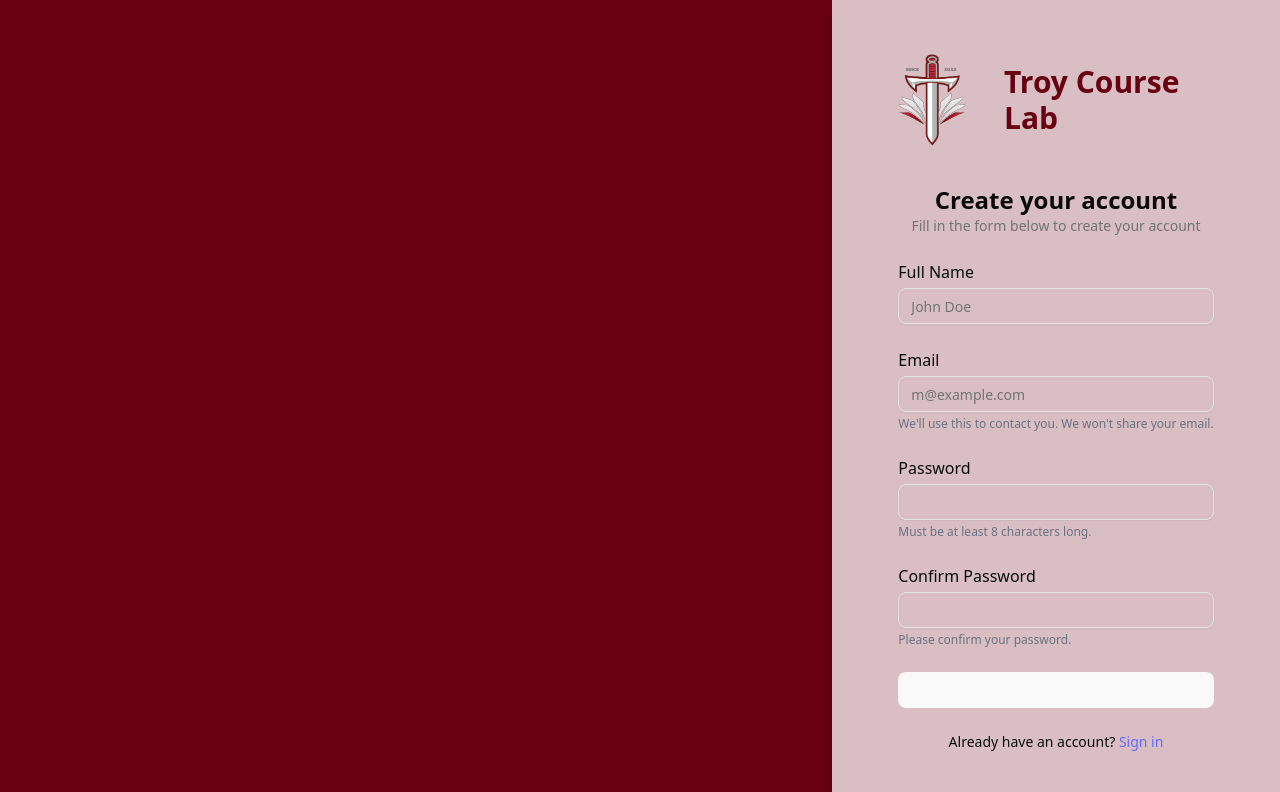
Repository: toilatrung/auth-ui-kit
Page: /register
An editor plug-in stored every save of this project. The page is shown before and after the next save, followed by the edit.
The browser window is 1280 px wide. The pictures show the whole page.
The project was rebuilt for these pictures with package versions that can differ from the ones it lists, and the page was loaded fresh each time. Also part of the build but not shown: vite.config.ts, src/pages/LoginPage.tsx.

Above is the page before, as saved 2025-11-01 17:45:47.

After the next save:
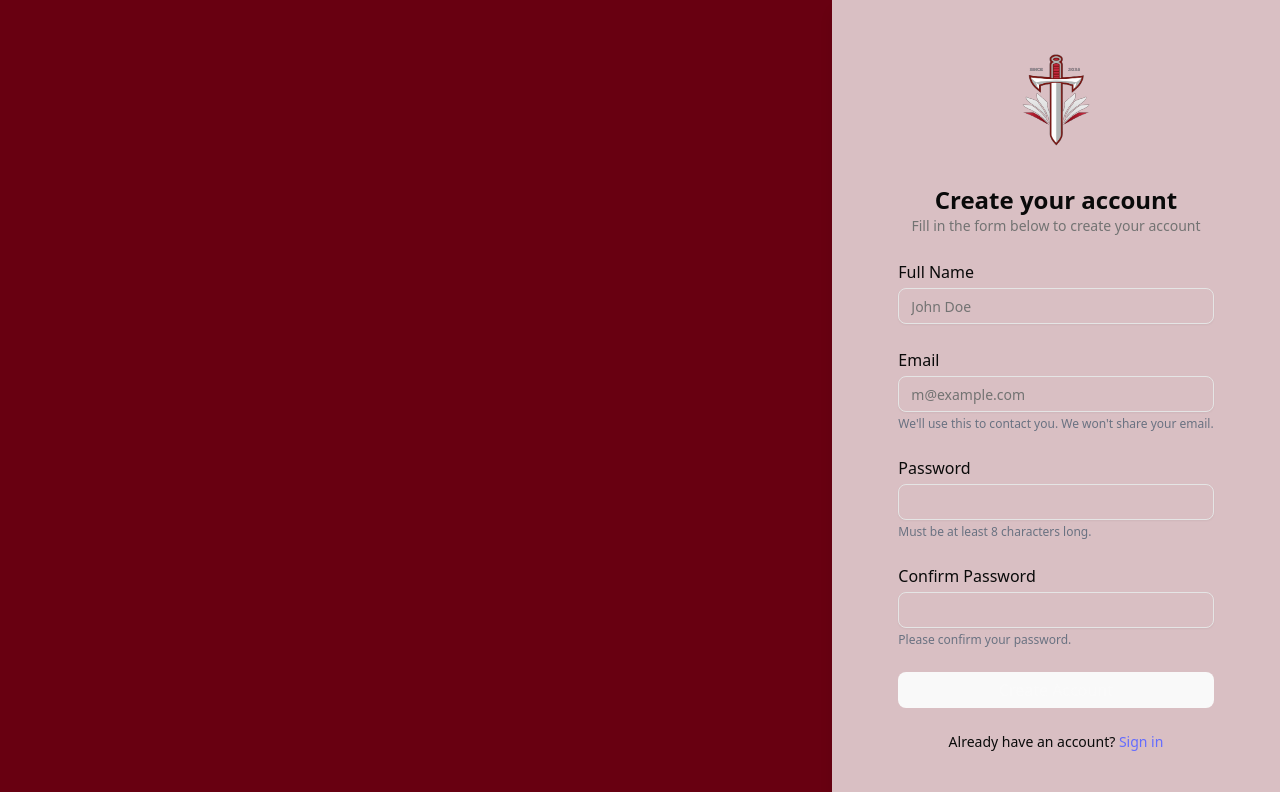
Saved 20 s later.
--- a/src/pages/RegisterPage.tsx
+++ b/src/pages/RegisterPage.tsx
@@ -12,9 +12,6 @@
             alt="Troy Logo"
             className="h-30 w-auto"
           />
-          <span className="text-3xl font-montserrat font-bold text-[#680011]">
-            Troy Course Lab
-          </span>
         </div>
 
         {/* Form */}
